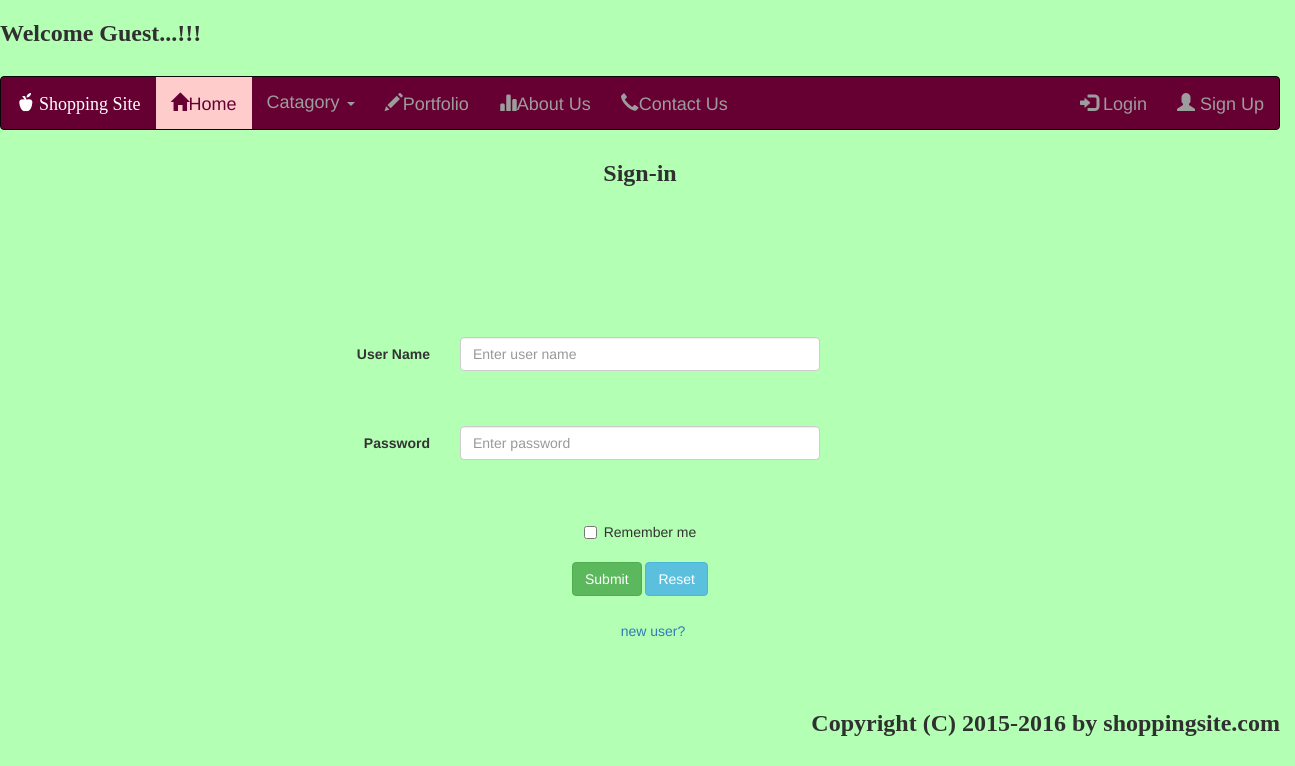
Repository: priyasuthakar/priya
Page: http://localhost/Apple/WEB-INF/views/login.jsp
The author's editor kept a copy of each file at every save. The page is drawn from the files as they stood at one save, then again after the next save.
The browser window is 1280 px wide. The page is 1295 px wide, so the pictures cover 1295 px, including what lies to the right of the window. The pictures show the whole page.
The page is served by Tomcat 9. Nobody is signed in. Other server files are loaded and not shown. The template is opened directly, without the code that normally fills it, so the values that code supplies are empty.

Above is the page before, as saved 2016-08-25 18:16:12.

### Apple/src/main/webapp/WEB-INF/views/login.jsp
<%@ page language="java" contentType="text/html; charset=ISO-8859-1"
	pageEncoding="ISO-8859-1"%>
<%@ taglib uri="http://java.sun.com/jsp/jstl/core" prefix="c"%>
<%@ taglib uri="http://www.springframework.org/tags" prefix="spring"%>
<%@ taglib uri="http://www.springframework.org/tags/form" prefix="form"%>
<%-- <%@ page session="false"%> --%>
<%@page isELIgnored="false"%>

<!DOCTYPE html PUBLIC "-//W3C//DTD HTML 4.01 Transitional//EN" "http://www.w3.org/TR/html4/loose.dtd">
<html>
<head>
<meta http-equiv="Content-Type" content="text/html; charset=ISO-8859-1">
<meta name="viewport" content="width=device-width, initial-scale=1">
<title>Login</title>
<!-- Latest compiled and minified CSS -->
<link rel="stylesheet"
	href="http://maxcdn.bootstrapcdn.com/bootstrap/3.3.6/css/bootstrap.min.css">

<!-- jQuery library -->
<script
	src="https://ajax.googleapis.com/ajax/libs/jquery/1.12.4/jquery.min.js"></script>

<!-- Latest compiled JavaScript -->
<script
	src="http://maxcdn.bootstrapcdn.com/bootstrap/3.3.6/js/bootstrap.min.js"></script>
<style>
h1 {
	font-size: 24px;
	color: #303030;
	font-weight: 600;
	margin-bottom: 30px;
	font-size: 24px;
}

.navbar {
	background-color:#660033;
	font-size: 18px !important;
}

.navbar .navbar-brand {
	color: #FFFFFF !important;
}

.navbar .li a {
	color: #FFF !important;
}

.navbar-nav li a:hover, .navbar-nav li.active a {
	color: #660033 !important;
	background-color: #FFCCCC !important;
}

.navbar-default .navbar-toggle {
	border-color: transparent;
	color: #FFCCCC !important;
}

footer .glyphicon {
	font-size: 24px;
	margin-bottom: 20px;
	color: #660033;
}

@media screen and (max-width: 768px) {
	.col-lg-4 {
		text-align: center;
		margin: 25px 0;
	}
	.btn-lg {
		width: 100%;
		margin-bottom: 35px;
	}
}

@media screen and (max-width: 480px) {
	.logo {
		font-size: 150px;
	}
}
</style>

</head>
<body id="log" style="background-color: #b3ffb3">
	<%@include file="Header.jsp"%>
	<font face="Harlow Solid Italic"><h1>${successMessage}</h1></font>
	<font face="Harlow Solid Italic"><h1>${errorMessage}</h1></font>

	<center>
		<font face="Harlow Solid Italic"><h1>Sign-in</h1></font> <br> <br>
		<br> <br> <br> <br>
		<div class="container">
			<form action="login" method="post" commandName="user"
				class="form-horizontal" role="form">
				<center>
					<div class="form-group">
						<label class="col-lg-4 control-label">User Name</label>
						<div class="col-lg-4 ">
							<input class="form-control" type="text" name="username" placeholder="Enter user name"
								required="true" title="should not be empty" />
						</div>
					</div>
					<br> <br>
					<div class="form-group">
						<label class="col-lg-4 control-label">Password</label>
						<div class="col-lg-4 ">
							<input class="form-control" type="password" name="password"
								placeholder="Enter password" required="true"
								title="should not be empty" />
						</div>
					</div>
					<br> <br>
				</center>
				<div class="checkbox">
					<label><input type="checkbox"> Remember me</label>
				</div>
				<br>
				<div>
					<input type="submit" class="btn btn-success" /> <input
						type="reset" class="btn btn-info" />
				</div>
				<br>
				<div>

					<a href="reg"><input type="button" class="btn btn-link" />new
						user?</a>
				</div>
				<br> <br> <input type="hidden"
					name="${_csrf.parameterName }" value="${_csrf.token}" />
			</form>
		</div>
	</center>
<%@include file="Footer.jsp"%>
</body>
</html>

### Apple/src/main/webapp/WEB-INF/views/Header.jsp
<%@ page language="java" contentType="text/html; charset=ISO-8859-1"
	pageEncoding="ISO-8859-1"%>
<%@ taglib uri="http://java.sun.com/jsp/jstl/core" prefix="c"%>
<!DOCTYPE html PUBLIC "-//W3C//DTD HTML 4.01 Transitional//EN" "http://www.w3.org/TR/html4/loose.dtd">
<html>
<head>
<meta http-equiv="Content-Type" content="text/html; charset=ISO-8859-1">
</head>
<body>
	<c:choose>
		<c:when test="${empty loggedInUser}">
			<font face="Harlow Solid Italic"><h1>Welcome Guest...!!!</h1></font>
		</c:when>
		<c:when test="${not empty loggedInUser}">
			<font face="Harlow Solid Italic"><h1>${loggedInUser}</h1></font>
		</c:when>
	</c:choose>
	<div class="responsive">
		<nav class="navbar navbar-inverse">
		<div class="container-fluid">
			<div class="navbar-header">
				<a class="navbar-brand"> <span class="glyphicon glyphicon-apple"></span>
					<font face="Script MT Bold"> Shopping Site </font>
				</a>
			</div>
			<ul class="nav navbar-nav">
				<li class="active"><a href="Home"><span
						class="glyphicon glyphicon-home"></span>Home</a></li>
				<li class="dropdown"><a class="dropdown-toggle"
					data-toggle="dropdown" href="#"> Catagory <span class="caret"></span></a>
					<ul class="dropdown-menu">
						<li><a href="product1?catname=Desktop">Desktop</a></li>
						<li><a href="product1?catname=Laptop">Laptop</a></li>
						<li><a href="product1?catname=Iphone">Iphone</a></li>
						<li><a href="product1?catname=Ipad">Ipad</a></li>
						<li><a href="product1?catname=Ipod">Ipod</a></li>
						<li><a href="product1?catname=Accessories">Accessories</a></li>
					</ul></li>
				<li><a href="portfolio"><span
						class="glyphicon glyphicon-pencil"></span>Portfolio</a></li>
				<li><a href="about"><span class="glyphicon glyphicon-stats"></span>About
						Us</a></li>
				<li><a href="contactus"><span
						class="glyphicon glyphicon-earphone"></span>Contact Us</a></li>
			</ul>
			<ul class="nav navbar-nav navbar-right">
					<c:choose>
					<c:when test="${empty loggedInUser}">
						<li><a href="login"><span
								class="glyphicon glyphicon-log-in"></span> Login</a></li>
						<li><a href="reg"><span class="glyphicon glyphicon-user"></span>
								Sign Up</a></li>
					</c:when>
					<c:when test="${not empty loggedInUser}">
					<li><a href="viewcart"><span
							class="glyphicon glyphicon-shopping-cart"></span>Cart</a></li>
						<li><a href="logout"><span
								class="glyphicon glyphicon-user"></span> Logout</a></li>
					</c:when>
				</c:choose>
			</ul>
		</div>
		</nav>
	</div>
</body>
</html>

### Apple/src/main/webapp/WEB-INF/views/Footer.jsp
<%@ page language="java" contentType="text/html; charset=ISO-8859-1"
    pageEncoding="ISO-8859-1"%>
<!DOCTYPE html PUBLIC "-//W3C//DTD HTML 4.01 Transitional//EN" "http://www.w3.org/TR/html4/loose.dtd">
<html>
<head>
<meta http-equiv="Content-Type" content="text/html; charset=ISO-8859-1">
<title>footer</title>
</head>
<body>
<nav>
<ul class="nav navbar-nav navbar-right">
<footer class="container-fluid bg-4 text-center">
  <font face="Harlow Solid Italic" color="#FFFFF"><h1>Copyright (C) 2015-2016 by shoppingsite.com </h1></font>
</footer>
</ul>
</nav>
</body>
</html>

After the next save:
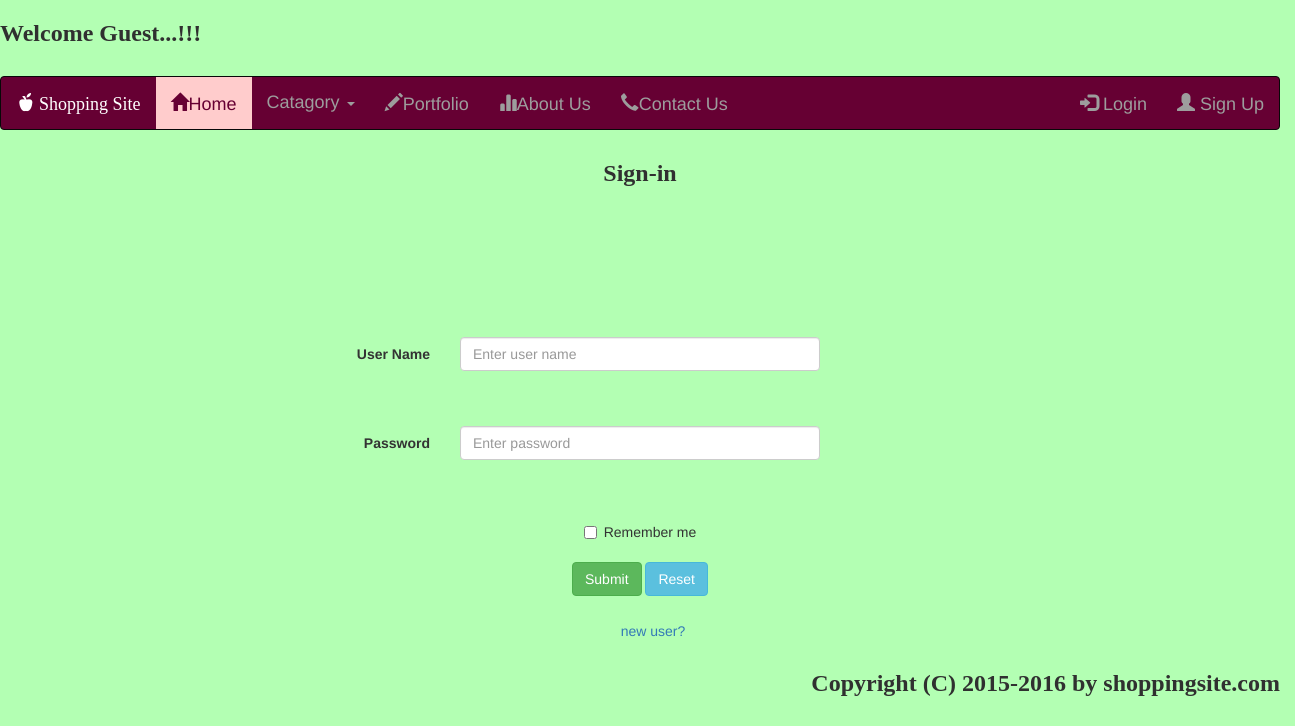
Saved 17 s later.
--- a/Apple/src/main/webapp/WEB-INF/views/login.jsp
+++ b/Apple/src/main/webapp/WEB-INF/views/login.jsp
@@ -124,7 +124,7 @@
 					<a href="reg"><input type="button" class="btn btn-link" />new
 						user?</a>
 				</div>
-				<br> <br> <input type="hidden"
+				<input type="hidden"
 					name="${_csrf.parameterName }" value="${_csrf.token}" />
 			</form>
 		</div>

After the save that followed:
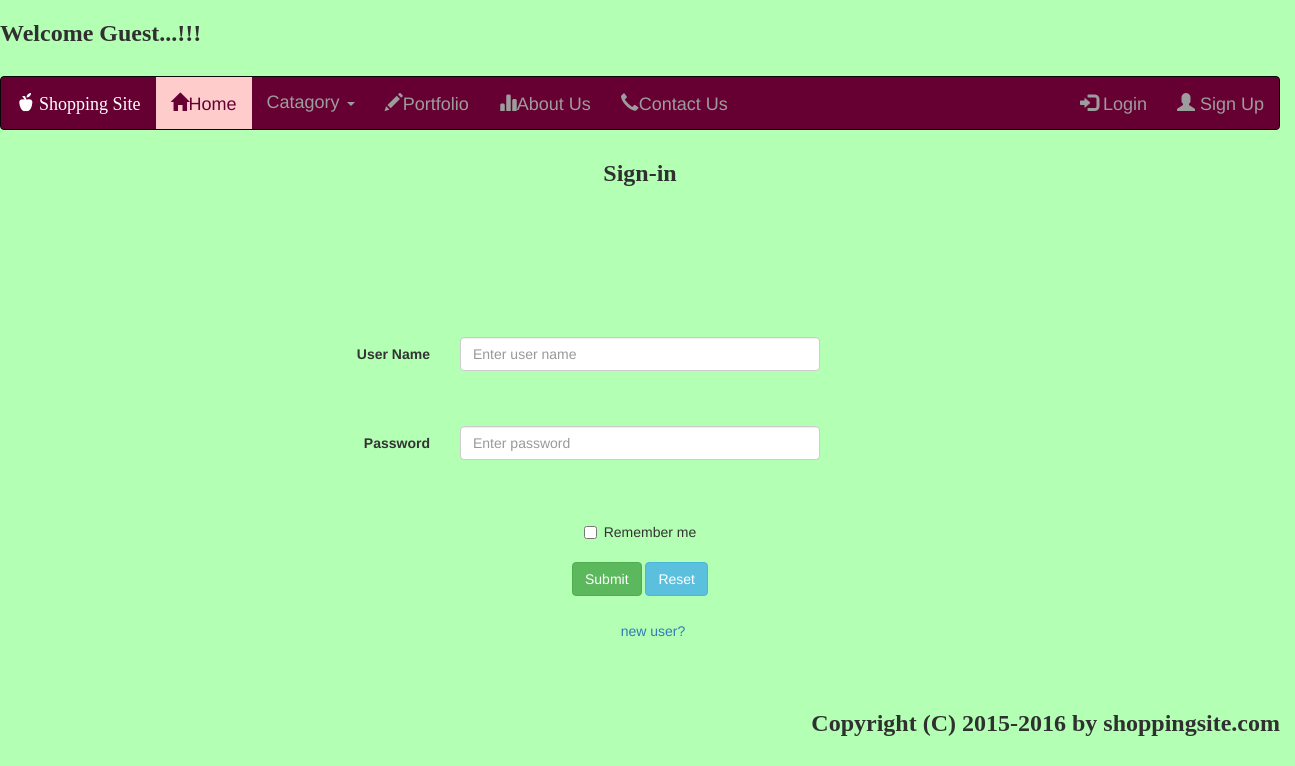
Saved 25 s later.
--- a/Apple/src/main/webapp/WEB-INF/views/login.jsp
+++ b/Apple/src/main/webapp/WEB-INF/views/login.jsp
@@ -124,7 +124,7 @@
 					<a href="reg"><input type="button" class="btn btn-link" />new
 						user?</a>
 				</div>
-				<input type="hidden"
+				<br> <br> <input type="hidden"
 					name="${_csrf.parameterName }" value="${_csrf.token}" />
 			</form>
 		</div>
